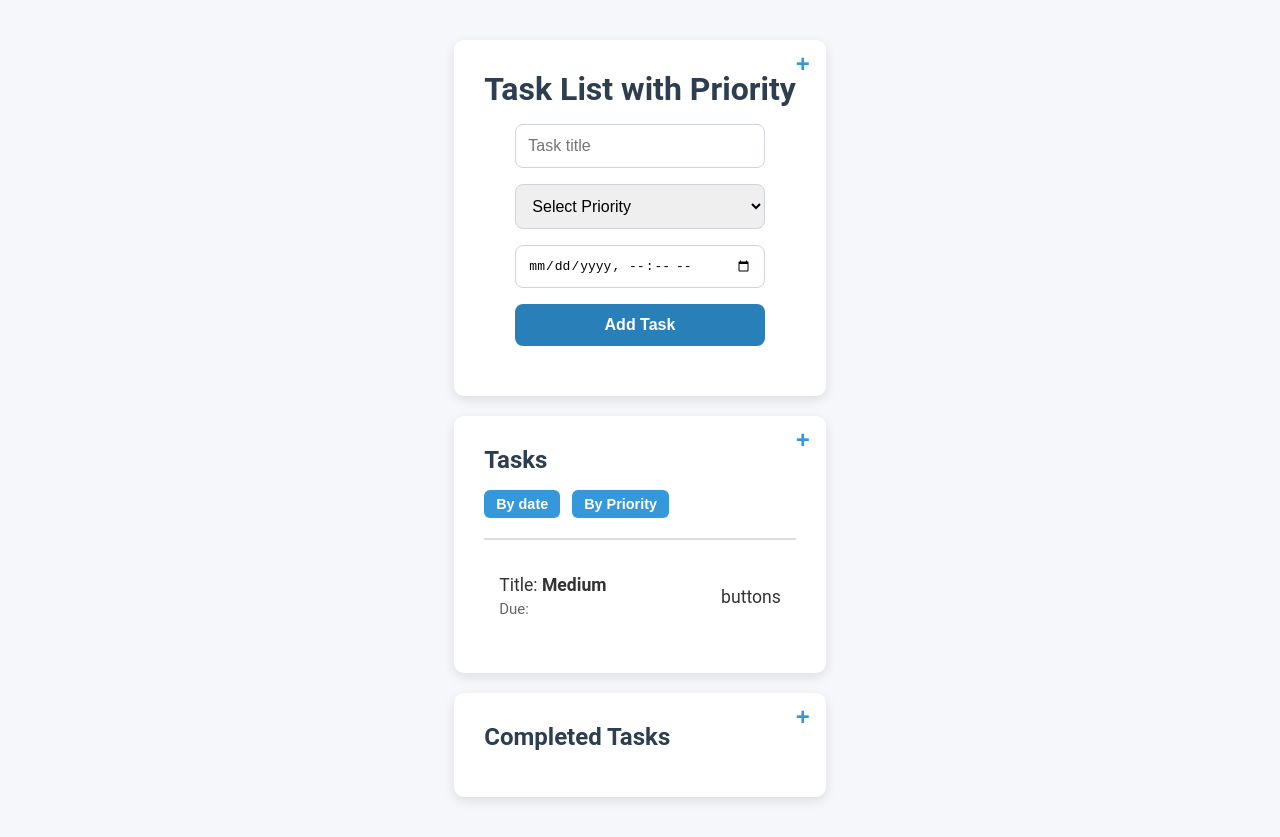
Repository: Lithium87/TaskList
Page: /
An editor plug-in stored every save of this project. The page is shown before and after the next save, followed by the edit.
The browser window is 1280 px wide. The pictures show the whole page.
The project was rebuilt for these pictures with package versions that can differ from the ones it lists, and the page was loaded fresh each time. Also part of the build but not shown: vite.config.js.

Above is the page before, as saved 2025-07-08 16:42:18.

### src/index.css
/* General app styles */
* {
  box-sizing: border-box;
  margin: 0;
  padding: 0;
}

body {
  font-family: "Roboto", sans-serif;
  background-color: #f5f7fa;
  display: flex;
  justify-content: center;
  align-items: flex-start;
  min-height: 100vh;
  padding: 40px;
  color: #333;
}

.app {
  display: flex;
  flex-direction: column;
  gap: 20px;
  max-width: 500px;
  width: 100%;
}

/* Main container for current tasks and completed tasks */
.task-container,
.completed-task-container {
  position: relative;
  background-color: #ffffff;
  border-radius: 10px;
  box-shadow: 0 4px 12px rgba(0, 0, 0, 0.1);
  padding: 30px;
}

/* Headings */
h1,
h2 {
  color: #2c3e50;
  margin-bottom: 16px;
}

/* Completed Task toggle button */
.completed-header {
  display: flex;
  align-items: center;
  justify-content: space-between;
}

.toggle-button {
  background: none;
  border: none;
  cursor: pointer;
  font-size: 1.2em;
  color: #3498db;
  transition: transform 0.3s ease;
}

.toggle-button.open {
  transform: rotate(180deg);
}

/* Sort buttons container */
.sort-controls {
  display: flex;
  justify-content: start;
  align-items: center;
  gap: 12px;
  margin-bottom: 20px;
}

/* Close/open button for sections */
.close-button {
  background: none;
  border: none;
  font-size: 1.5em;
  font-weight: bold;
  color: #3498db;
  cursor: pointer;
  position: absolute;
  top: 10px;
  right: 16px;
  padding: 0;
  transition: color 0.3s, transform 0.3s ease;
}

.close-button.open {
  transform: rotate(135deg); /* Turns "×" into "+" */
  color: #2980b9;
}

.close-button:hover {
  color: #2980b9;
}

/* Sort buttons */
.sort-button {
  padding: 6px 12px;
  background-color: #3498db;
  border: none;
  color: white;
  font-size: 0.9em;
  font-weight: bold;
  border-radius: 6px;
  cursor: pointer;
  transition: background-color 0.3s;
}

.sort-button.active {
  background-color: #2980b9;
  font-weight: bold;
}

.sort-button:hover {
  background-color: #2980b9;
}

/* Task form styles */
.task-form {
  display: flex;
  flex-direction: column;
  align-items: center;
  margin-bottom: 20px;
  animation: fade-in 0.5s ease-in-out;
}

.task-form input[type="text"],
.task-form select,
.task-form input[type="datetime-local"] {
  margin: 0 0 16px 0;
  padding: 12px;
  border-radius: 8px;
  border: 1px solid #ced4da;
  width: 80%;
  font-size: 1em;
  transition: border 0.3s;
}

.task-form input:focus,
.task-form select:focus,
.task-form input[type="datetime-local"]:focus {
  outline: none;
  border-color: #3498db;
}

.task-form button {
  padding: 12px 24px;
  border: none;
  background-color: #2980b9;
  color: white;
  font-size: 1em;
  font-weight: bold;
  border-radius: 8px;
  cursor: pointer;
  transition: background-color 0.3s, transform 0.2s;
  width: 80%;
}

.task-form button:hover {
  background-color: #2980b9;
  transform: translateY(-2px);
}

/* Task list styles */
.task-list,
.completed-task-list {
  list-style-type: none;
  padding: 0;
  width: 100%;
}

/* Task item styles */
.task-item {
  padding: 15px;
  border-radius: 8px;
  display: flex;
  justify-content: space-between;
  align-items: center;
  margin: 10px 0;
  font-size: 1.1em;
  transition: transform 0.2s, opacity 0.3s;
  animation: fade-in 0.5s ease-in-out;
}

.task-item.high {
  background-color: #f8d7da;
  color: #721c24;
  border-left: 6px solid #f5c6cb;
}

.task-item.medium {
  background-color: #fff3cd;
  color: #856404;
  border-left: 6px solid #ffeeba;
}

.task-item.low {
  background-color: #d4edda;
  color: #155724;
  border-left: 6px solid #c3e6cb;
}

.task-item:hover {
  transform: scale(1.02);
}

.task-info {
  flex: 1;
  text-align: left;
}

/* Date text style */
.task-deadline {
  font-size: 0.85em;
  color: #666;
  margin-top: 5px;
}

/* Buttons container for vertical alignment */
.task-buttons {
  display: flex;
  flex-direction: column;
  gap: 6px;
}

/* Complete button */
.complete-button {
  padding: 6px 10px;
  background-color: #2ecc71;
  border: none;
  color: white;
  border-radius: 6px;
  font-size: 0.85em;
  font-weight: bold;
  cursor: pointer;
  transition: background-color 0.3s, transform 0.2s;
}

.complete-button:hover {
  background-color: #27ae60;
  transform: translateY(-2px);
}

/* Delete button */
.delete-button {
  padding: 6px 10px;
  background-color: #e74c3c;
  border: none;
  color: white;
  border-radius: 6px;
  font-size: 0.85em;
  font-weight: bold;
  cursor: pointer;
  transition: background-color 0.3s, transform 0.2s;
}

.delete-button:hover {
  background-color: #c0392b;
  transform: translateY(-2px);
}

/* Completed task item */
.task-item.completed {
  background-color: #e0f7df;
  color: #155724;
  border-left: 6px solid #a5d6a7;
  opacity: 0.9;
}

/* Animation for completed tasks */
.completed-task-list .task-item {
  animation: fade-in 0.5s ease-in-out;
}

@keyframes fade-in {
  from {
    opacity: 0;
    transform: translateY(-10px);
  }
  to {
    opacity: 1;
    transform: translateY(0);
  }
}

/* Completed task list container with smooth slide-down effect */
.completed-task-list-container {
  overflow: hidden;
  max-height: 0;
  opacity: 0;
  transition: max-height 0.5s ease, opacity 0.5s ease;
}

.completed-task-list-container.open {
  max-height: 500px; /* Adjust as needed */
  opacity: 1;
}

/* Completed task list section */
.completed-task-list,
.task-list {
  margin-top: 20px;
  padding-top: 10px;
  border-top: 2px solid #ddd;
}

.footer {
  text-align: center;
  margin-top: 20px;
  padding: 10px;
  background-color: #f0f0f0;
  font-size: 0.9em;
}

### src/App.jsx
function App () {
  return (
    <div className="app">
      <div className="task-container">
        <h1>Task List with Priority</h1>
        <button className="close-button">+</button>
        <TaskForm />
      </div>

      <div className="task-container">
        <h2>Tasks</h2>
        <button className="close-button">+</button>
        <div className="sort-controls">
          <button className="sort-button">By date</button>
          <button className="sort-button">By Priority</button>
        </div>
        <TaskList />
      </div>

      <div className="completed-task-container">
        <h2>Completed Tasks</h2>
        <button className="close-button">+</button>
      </div>
    </div>
  );
}

const TaskForm = () => {
  return (
    <form className="task-form">
      <input type="text" value={''} placeholder="Task title" required />
      <select value={''} required>
        <option value="" disabled>Select Priority</option>
        <option value="low">Low Priority</option>
        <option value="medium">Medium Priority</option>
        <option value="high">High Priority</option>
      </select>
      <input type="datetime-local" value={''} required />
      <button type="submit">Add Task</button>
    </form>
  );
};

const TaskList = () => {
  return (
    <ul className="task-list">
      <TaskItem title="Task 1" priority="low" dueDate="2023-10-01T10:00" />
    </ul>
  );
};

const TaskItem = ({title, priority, dueDate}) => {
  return (
    <li className="task-item">
      <div className="task-info">
        <div>
          Title: <strong>Medium</strong>
        </div>
        <div className="task-deadline">Due: </div>
      </div>
      <div className="task-buttons">buttons</div>
    </li>
  );
};

export default App;

Loaded but not shown: src/main.jsx (common file)

After the next save:
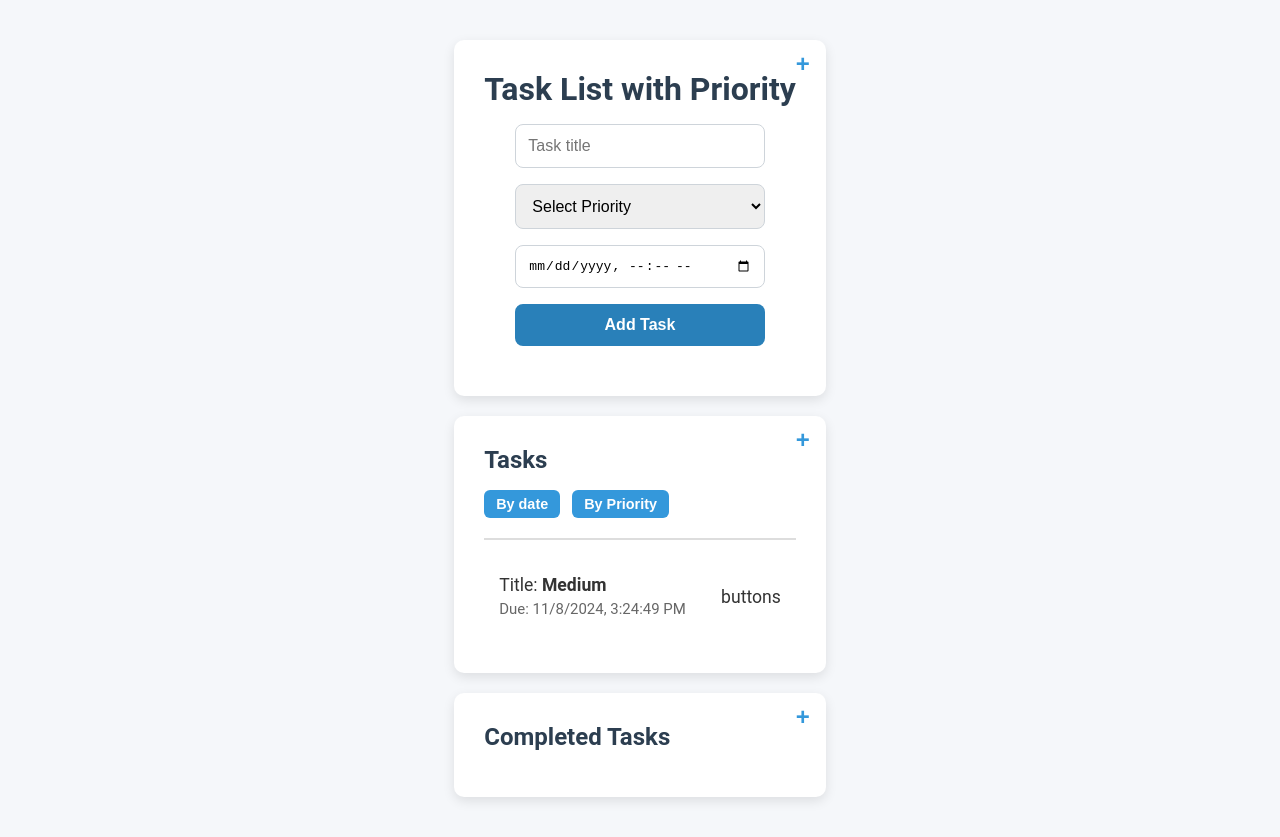
Saved 39 s later.
--- a/src/App.jsx
+++ b/src/App.jsx
@@ -56,7 +56,9 @@ const TaskItem = ({title, priority, dueDate}) => {
         <div>
           Title: <strong>Medium</strong>
         </div>
-        <div className="task-deadline">Due: </div>
+        <div className="task-deadline">
+          Due: {new Date ().toLocaleString ()}
+        </div>
       </div>
       <div className="task-buttons">buttons</div>
     </li>
